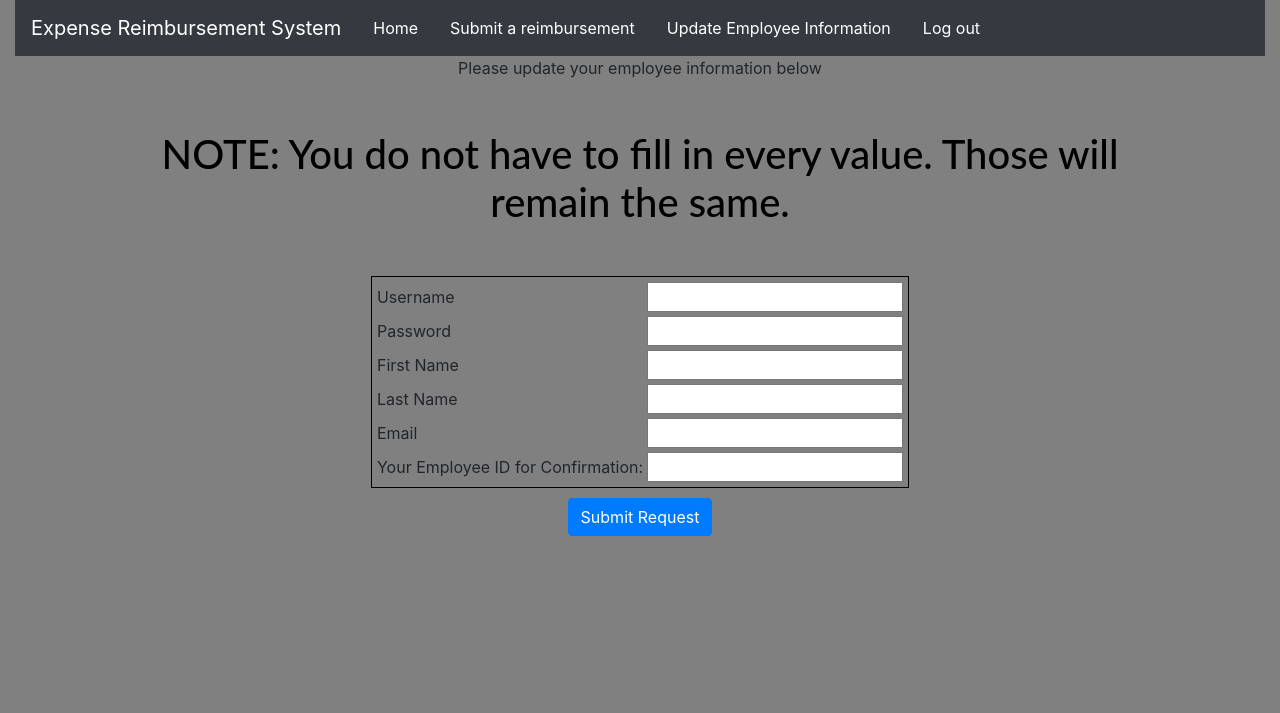
Repository: Trevormulrenin/ers-app
Page: ers-app/src/main/webapp/html/employee_info.html
The author's editor kept a copy of each file at every save. The page is drawn from the files as they stood at one save, then again after the next save.
The browser window is 1280 px wide. The pictures show the whole page.

Above is the page before, as saved 2021-04-01 17:01:41.

After the next save:
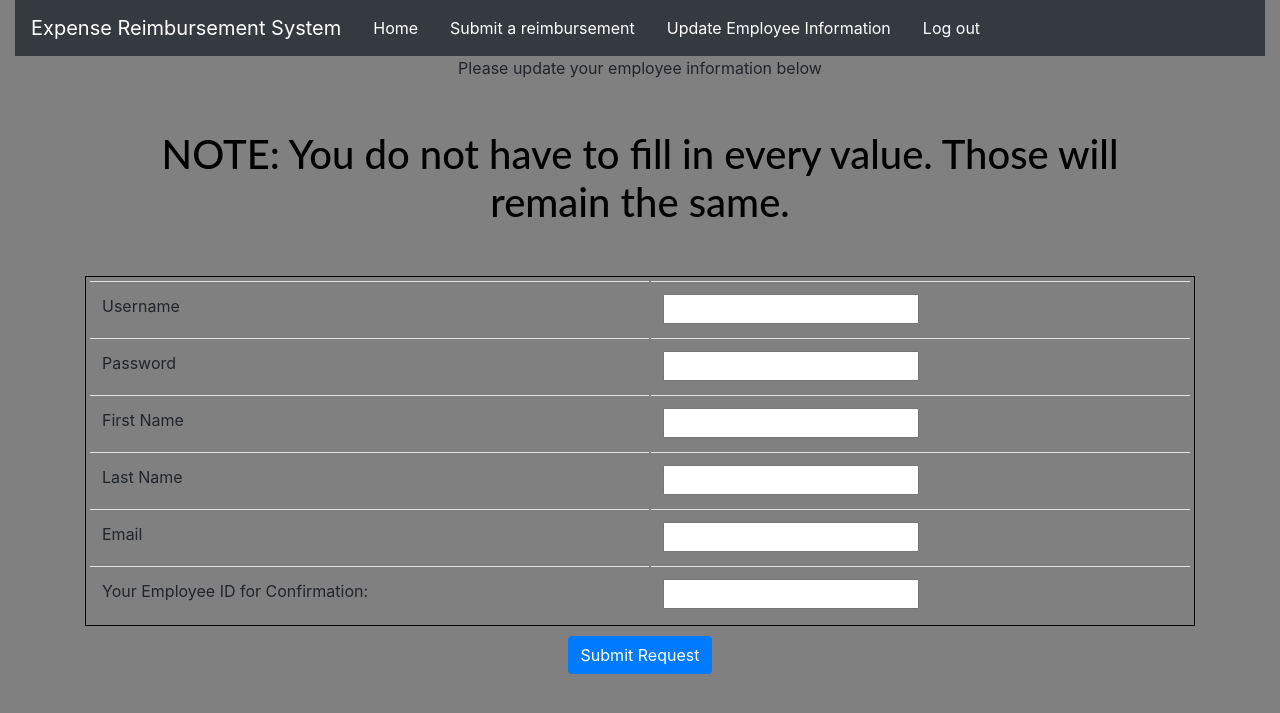
Saved 15 min 13 s later.
--- a/ers-app/src/main/webapp/html/employee_info.html
+++ b/ers-app/src/main/webapp/html/employee_info.html
@@ -34,7 +34,7 @@
 		<h1> NOTE: You do not have to fill in every value. Those will remain the same.</h1>
 
 		<form action="http://localhost:8080/ers-app/UpdateEmployeeServlet" method="post">
-			<table class="center" id="update-table">
+			<table class="table" id="update-table">
 				<tr>
 					<td>Username</td>
 					<td><input type="text" id="employeeUsername"
